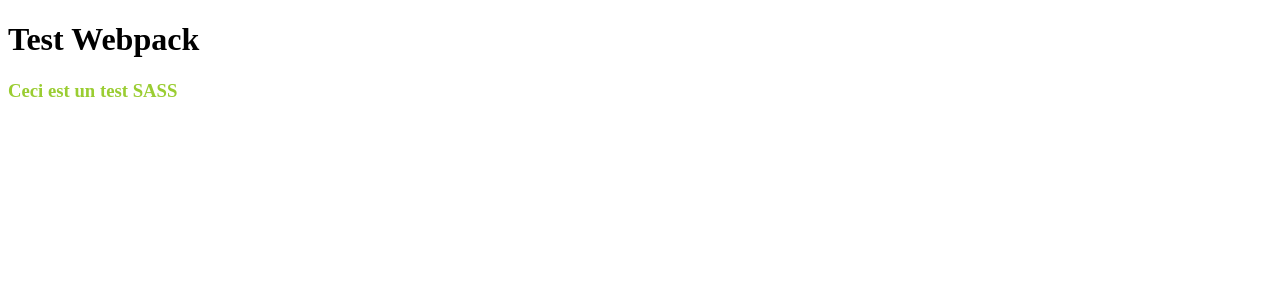
Repository: Symfomany/ng2angu
Page: / (app in es6/)
The author's editor kept a copy of each file at every save. The page is drawn from the files as they stood at one save, then again after the next save.
The browser window is 1280 px wide. The pictures show the whole page.
The project was rebuilt for these pictures with package versions that can differ from the ones it lists, and the page was loaded fresh each time. Also part of the build but not shown: es6/webpack.config.js. Imported but missing from the stored project, and not drawn on this page: es6/src/coffee/main.coffee.

Above is the page before, as saved 2016-12-28 20:24:00.

### es6/src/index.html
<!DOCTYPE html>
<html lang="en">

<head>
    <title></title>
    <meta charset="UTF-8">
    <meta name="viewport" content="width=device-width, initial-scale=1">
</head>

<body>
    <h1>Test Webpack</h1>
    <h3>Ceci est un test SASS</h3>

    <script src="https://cdn.polyfill.io/v2/polyfill.min.js"></script>

</body>

</html>

### es6/src/bootstrap.js
import { alpha } from "./js/one";
import * as airbnb from "./js/airbnb";
import { tab } from "./js/three";

require("./sass/main.scss");
require('./coffee/main.coffee');


message(alpha);
message(tab);
message("tab");

function message(mess) {
    console.warn(mess);
}

### es6/src/js/one.js
export const alpha = 789;

### es6/src/js/airbnb.js
/**
 * Primitives
 */
// const foo = 1;
// let bar = foo;
// bar = 9;

// console.log(foo, bar); // => 1, 9

/**
 * Complex
 */
// const foo = [1, 2];
// const bar = foo;
// bar[0] = 9;
// console.log(foo[0], bar[0]); // => 9, 9

// bad
// var a = 1;
// var b = 2;
// good
// const a = 1;
// const b = 2;

// bad
// const item = new Object();
// // good
// const item = {};

// good, use the let.
// let count = 1;
// if (true) {
//   count += 1;
// }

// bad
// const items = new Array();
// // good
// const items = [];

// const someStack = [];
// // bad
// someStack[someStack.length] = 'abracadabra';
// // good
// someStack.push('abracadabra');


// bad
// const len = items.length;
// const itemsCopy = [];
// let i;
// for (i = 0; i < len; i++) {
//   itemsCopy[i] = items[i];
// }
// good: seprad operator
// const itemsCopy = [...items];

// use Array.from.:  object to an array
// const foo = document.querySelectorAll('.foo');
// const nodes = Array.from(foo);

/**
 * Callback function
 */
// good
// [1, 2, 3].map((x) => {
//   const y = x + 1;
//   return x * y;
// });
// // good
// [1, 2, 3].map(x => x + 1);
// // good
// const flat = {};
// [[0, 1], [2, 3], [4, 5]].reduce((memo, item, index) => {
//   const flatten = memo.concat(item);
//   flat[index] = flatten;
//   return flatten;
// });
// // good
// inbox.filter((msg) => {
//   const { subject, author } = msg;
//   if (subject === 'Mockingbird') {
//     return author === 'Harper Lee';
//   }

//   return false;
// });


// use Destructuring

// function getFullName(user) {
//   const { firstName, lastName } = user;
//   return `${firstName} ${lastName}`;
// }
// best
// function getFullName({ firstName, lastName }) {
//   return `${firstName} ${lastName}`;
// }


// good
// const [first, second] = arr;

// good
// function processInput(input) {
//   // then a miracle occurs
//   return { left, right, top, bottom };
// }
// the caller selects only the data they need
// const { left, top } = processInput(input);

// bad
// const name = "Capt. Janeway";
// good
// const name = 'Capt. Janeway';

// good
// const errorMessage = 'This is a super long error that was thrown because ' +
//   'of Batman. When you stop to think about how Batman had anything to do ' +
//   'with this, you would get nowhere fast.';

// template syntax
// good
// function sayHi(name) {
//   return `How are you, ${name}?`;
// }

// bad
// const foo = function () {
// };
// good: no stock in variable
// function foo() {
// }

/**
 Never declare a function in a non-function block (if, while, etc). Assign the function to a variable instead. Browsers will allow you to do it, but they all interpret it differently, which is bad news bears.
 */
// IIFE
// (function () {
//   console.log('Welcome to the Internet. Please follow me.');
// }())


// Rest parameters
// bad
// function concatenateAll() {
//   const args = Array.prototype.slice.call(arguments);
//   return args.join('');
// }

// good
// function concatenateAll(...args) {
//   return args.join('');
// }


// good: use parameters value default
// function handleThings(opts = {}) {
// }


// good:  Always put default parameters last.
// function handleThings(name, opts = {}) {
//     // ...
// }
// good
// [1, 2, 3].map(number => `A string containing the ${number}.`);

//  Always use class. Avoid manipulating prototype directly.

// good
// class Queue {
//   constructor(contents = []) {
//     this.queue = [...contents];
//   }
//   pop() {
//     const value = this.queue[0];
//     this.queue.splice(0, 1);
//     return value;
//   }
// }

// good: chaining
// class Jedi {
//   jump() {
//     this.jumping = true;
//     return this;
//   }

//   setHeight(height) {
//     this.height = height;
//     return this;
//   }
// }

// const luke = new Jedi();

// luke.jump()
//   .setHeight(20);

// toString()
// class Jedi {
//     constructor(options = {}) {
//         this.name = options.name || 'no name';
//     }

//     getName() {
//         return this.name;
//     }

//     toString() {
//         return `Jedi - ${this.getName()}`;
//     }
// }

// class Rey extends Jedi {
//   constructor(...args) {
//     super(...args);
//     this.name = 'Rey';
//   }
// }


// const numbers = [1, 2, 3, 4, 5];
// // good
// let sum = 0;
// numbers.forEach(num => sum += num);
// sum === 15;


// // best
// const sum = numbers.reduce((total, num) => total + num, 0);
// sum === 15;


// Hoisting

// function example() {
//     console.log(notDefined); // => throws a ReferenceError
// }

// example(); //error
// creating a variable declaration after you
// reference the variable will work due to
// variable hoisting. Note: the assignment
// value of `true` is not hoisted.
// function example() {
//     console.log(declaredButNotAssigned); // => undefined
//     var declaredButNotAssigned = true;
// }


// the interpreter is hoisting the variable
// declaration to the top of the scope,
// which means our example could be rewritten as:
// function example() {
//     let declaredButNotAssigned;
//     console.log(declaredButNotAssigned); // => undefined
//     declaredButNotAssigned = true;
// }
// function example() {
//     console.log(declaredButNotAssigned); // => throws a ReferenceError
//     console.log(typeof declaredButNotAssigned); // => throws a ReferenceError
//     const declaredButNotAssigned = true;
// }
// function example() {
//     console.log(anonymous); // => undefined

//     anonymous(); // => TypeError anonymous is not a function

//     var anonymous = function() {
//         console.log('anonymous function expression');
//     };
// }
// function example() {
//     console.log(named); // => undefined

//     named(); // => TypeError named is not a function

//     superPower(); // => ReferenceError superPower is not defined

//     var named = function superPower() {
//         console.log('Flying');
//     };
// }

// example();

### es6/src/js/three.js
import { chunk } from 'lodash'; // library external
export const tab = chunk(['a', 'b', 'c', 'd'], 2);

### es6/src/sass/main.scss
body {
    h3 {
        color: yellowgreen;
    }
}

After the next save:
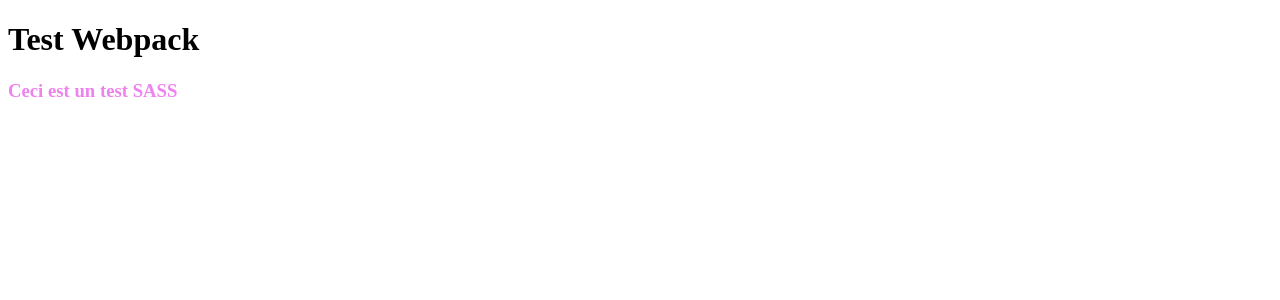
Saved 28 s later.
--- a/es6/src/sass/main.scss
+++ b/es6/src/sass/main.scss
@@ -1,5 +1,5 @@
 body {
     h3 {
-        color: yellowgreen;
+        color: violet;
     }
 }
